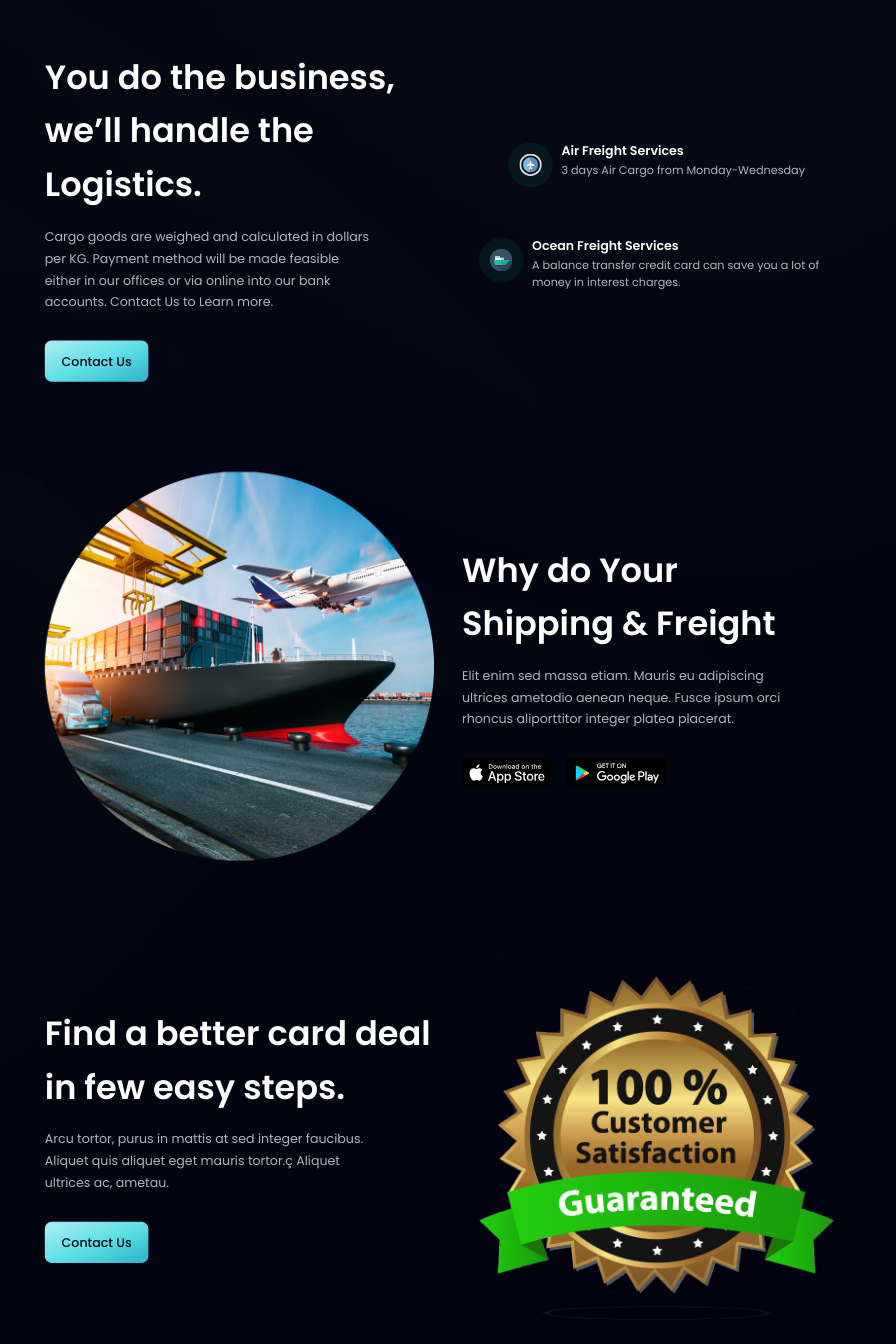
Repository: Miracleoluebube/captionlogistics
Page: /
The author's editor kept a copy of each file at every save. The page is drawn from the files as they stood at one save, then again after the next save.
The browser window is 1280 px wide. The pictures show the part of the page from y = 1318 to 3238 px (the page is 5409 px tall), at 70% of full size.
The project was rebuilt for these pictures with package versions that can differ from the ones it lists, and the page was loaded fresh each time. Also part of the build but not shown: vite.config.js.

Above is the page before, as saved 2022-10-02 13:04:25.

### src/index.css
/* :root {
  font-family: Inter, Avenir, Helvetica, Arial, sans-serif;
  font-size: 16px;
  line-height: 24px;
  font-weight: 400;

  color-scheme: light dark;
  color: rgba(255, 255, 255, 0.87);
  background-color: #242424;

  font-synthesis: none;
  text-rendering: optimizeLegibility;
  -webkit-font-smoothing: antialiased;
  -moz-osx-font-smoothing: grayscale;
  -webkit-text-size-adjust: 100%;
}

a {
  font-weight: 500;
  color: #646cff;
  text-decoration: inherit;
}
a:hover {
  color: #535bf2;
}

body {
  margin: 0;
  display: flex;
  place-items: center;
  min-width: 320px;
  min-height: 100vh;
}

h1 {
  font-size: 3.2em;
  line-height: 1.1;
}

button {
  border-radius: 8px;
  border: 1px solid transparent;
  padding: 0.6em 1.2em;
  font-size: 1em;
  font-weight: 500;
  font-family: inherit;
  background-color: #1a1a1a;
  cursor: pointer;
  transition: border-color 0.25s;
}
button:hover {
  border-color: #646cff;
}
button:focus,
button:focus-visible {
  outline: 4px auto -webkit-focus-ring-color;
}
*/

@import url("https://fonts.googleapis.com/css2?family=Poppins:wght@400;500;600;700;800;900&display=swap");

@tailwind base;
@tailwind components;
@tailwind utilities;

:root {
  --black-gradient: linear-gradient(
    144.39deg,
    #ffffff -278.56%,
    #6d6d6d -78.47%,
    #11101d 91.61%
  );
  --card-shadow: 0px 20px 100px -10px rgba(66, 71, 91, 0.1);
}

* {
  scroll-behavior: smooth;
}

.text-gradient {
  background: radial-gradient(
    64.18% 64.18% at 71.16% 35.69%,
    #def9fa 0.89%,
    #bef3f5 17.23%,
    #9dedf0 42.04%,
    #7de7eb 55.12%,
    #5ce1e6 71.54%,
    #33bbcf 100%
  );
  -webkit-background-clip: text;
  -webkit-text-fill-color: transparent;
  background-clip: text;
  text-fill-color: transparent;
}

.bg-blue-gradient {
  background: linear-gradient(
    157.81deg,
    #def9fa -43.27%,
    #bef3f5 -21.24%,
    #9dedf0 12.19%,
    #7de7eb 29.82%,
    #5ce1e6 51.94%,
    #33bbcf 90.29%
  );
}

.bg-black-gradient {
  background: linear-gradient(
    144.39deg,
    #ffffff -278.56%,
    #6d6d6d -78.47%,
    #11101d 91.61%
  );
}

.bg-black-gradient-2 {
  background: linear-gradient(
    -168.39deg,
    #ffffff -278.56%,
    #6d6d6d -78.47%,
    #11101d 91.61%
  );
}

.bg-gray-gradient {
  background: linear-gradient(
    153.47deg,
    rgba(255, 255, 255, 0) -341.94%,
    #14101d 95.11%
  );
}

.bg-discount-gradient {
  background: linear-gradient(125.17deg, #272727 0%, #11101d 100%);
}

.box-shadow {
  box-shadow: 0px 20px 100px -10px rgba(66, 71, 91, 0.1);
}

.sidebar {
  -webkit-animation: slide-top 0.5s cubic-bezier(0.25, 0.46, 0.45, 0.94) both;
  animation: slide-top 0.5s cubic-bezier(0.25, 0.46, 0.45, 0.94) both;
}

@-webkit-keyframes slide-top {
  0% {
    -webkit-transform: translateY(100px);
    transform: translateY(100px);
  }
  100% {
    -webkit-transform: translateY(0);
    transform: translateY(0);
  }
}

@keyframes slide-top {
  0% {
    -webkit-transform: translateY(100px);
    transform: translateY(100px);
  }
  100% {
    -webkit-transform: translateY(0);
    transform: translateY(0);
  }
}

.feature-card:hover {
  background: var(--black-gradient);
  box-shadow: var(--card-shadow);
}

.feedback-container .feedback-card:last-child {
  margin-right: 0px;
}

.feedback-card {
  background: transparent;
}

.feedback-card:hover {
  background: var(--black-gradient);
}

.blue__gradient {
  background: linear-gradient(180deg, rgba(188, 165, 255, 0) 0%, #214d76 100%);
  filter: blur(123px);
}

.pink__gradient {
  background: linear-gradient(90deg, #f4c4f3 0%, #fc67fa 100%);
  filter: blur(900px);
}

.white__gradient {
  background: rgba(255, 255, 255, 0.6);
  filter: blur(750px);
}


@media (prefers-color-scheme: light) {
  :root {
    color: #213547;
    background-color: #ffffff;
  }
  a:hover {
    color: #747bff;
  }
  button {
    background-color: #f9f9f9;
  }
}

### src/style.js
const styles = {
  boxWidth: "xl:max-w-[1280px] w-full",

  heading2: "font-poppins font-semibold xs:text-[48px] text-[40px] text-white xs:leading-[76.8px] leading-[66.8px] w-full",
  paragraph: "font-poppins font-normal text-dimWhite text-[18px] leading-[30.8px]",

  flexCenter: "flex justify-center items-center",
  flexStart: "flex justify-center items-start",

  paddingX: "sm:px-16 px-6",
  paddingY: "sm:py-16 py-6",
  padding: "sm:px-16 px-6 sm:py-12 py-4",

  marginX: "sm:mx-16 mx-6",
  marginY: "sm:my-16 my-6",
};

export const layout = {
  section: `flex md:flex-row flex-col ${styles.paddingY}`,
  sectionReverse: `flex md:flex-row flex-col-reverse ${styles.paddingY}`,

  sectionImgReverse: `flex-1 flex ${styles.flexCenter} md:mr-10 mr-0 md:mt-0 mt-10 relative`,
  sectionImg: `flex-1 flex ${styles.flexCenter} md:ml-10 ml-0 md:mt-0 mt-10 relative`,

  sectionInfo: `flex-1 ${styles.flexStart} flex-col`,
};

export default styles;

### src/components/Navbar.jsx
import { useState } from "react";

import { close, logo, menu } from "../assets";
import { navLinks } from "../constants";

const Navbar = () => {
  const [active, setActive] = useState("Home");
  const [toggle, setToggle] = useState(false);

  return (
    <nav className="w-full flex py-6 justify-between items-center navbar">
      <img src={logo} alt="hoobank" className="w-[124px] h-[32px]" />

      <ul className="list-none sm:flex hidden justify-end items-center flex-1">
        {navLinks.map((nav, index) => (
          <li
            key={nav.id}
            className={`font-poppins font-normal cursor-pointer text-[16px] ${
              active === nav.title ? "text-white" : "text-dimWhite"
            } ${index === navLinks.length - 1 ? "mr-0" : "mr-10"}`}
            onClick={() => setActive(nav.title)}
          >
            <a href={`#${nav.id}`}>{nav.title}</a>
          </li>
        ))}
      </ul>

      <div className="sm:hidden flex flex-1 justify-end items-center">
        <img
          src={toggle ? close : menu}
          alt="menu"
          className="w-[28px] h-[28px] object-contain"
          onClick={() => setToggle(!toggle)}
        />

        <div
          className={`${
            !toggle ? "hidden" : "flex"
          } p-6 bg-black-gradient absolute top-20 right-0 mx-4 my-2 min-w-[140px] rounded-xl sidebar`}
        >
          <ul className="list-none flex justify-end items-start flex-1 flex-col">
            {navLinks.map((nav, index) => (
              <li
                key={nav.id}
                className={`font-poppins font-medium cursor-pointer text-[16px] ${
                  active === nav.title ? "text-white" : "text-dimWhite"
                } ${index === navLinks.length - 1 ? "mb-0" : "mb-4"}`}
                onClick={() => setActive(nav.title)}
              >
                <a href={`#${nav.id}`}>{nav.title}</a>
              </li>
            ))}
          </ul>
        </div>
      </div>
    </nav>
  );
};

export default Navbar;

### src/components/Billing.jsx
import { apple, bill, google } from "../assets";
import styles, { layout } from "../style";

const Billing = () => (
  <section id="product" className={layout.sectionReverse}>
    <div className={layout.sectionImgReverse}>
      <img src={bill} alt="billing" className="w-[100%] h-[100%] relative z-[5]" />

      {/* gradient start */}
      <div className="absolute z-[3] -left-1/2 top-0 w-[50%] h-[50%] rounded-full white__gradient" />
      <div className="absolute z-[0] w-[50%] h-[50%] -left-1/2 bottom-0 rounded-full pink__gradient" />
      {/* gradient end */}
    </div>

    <div className={layout.sectionInfo}>
      <h2 className={styles.heading2}>
        Why do Your  <br className="sm:block hidden" /> Shipping &
        Freight
      </h2>
      <p className={`${styles.paragraph} max-w-[470px] mt-5`}>
        Elit enim sed massa etiam. Mauris eu adipiscing ultrices ametodio
        aenean neque. Fusce ipsum orci rhoncus aliporttitor integer platea
        placerat.
      </p>

      <div className="flex flex-row flex-wrap sm:mt-10 mt-6">
        <img src={apple} alt="google_play" className="w-[128.86px] h-[42.05px] object-contain mr-5 cursor-pointer" />
        <img src={google} alt="google_play" className="w-[144.17px] h-[43.08px] object-contain cursor-pointer" />
      </div>
    </div>
  </section>
);

export default Billing;

### src/components/CardDeal.jsx
import { card } from "../assets";
import styles, { layout } from "../style";
import Button from "./Button";

const CardDeal = () => (
  <section id="contact Us" className={layout.section}>
    <div className={layout.sectionInfo}>
      <h2 className={styles.heading2}>
        Find a better card deal <br className="sm:block hidden" /> in few easy
        steps.
      </h2>
      <p className={`${styles.paragraph} max-w-[470px] mt-5`}>
        Arcu tortor, purus in mattis at sed integer faucibus. Aliquet quis
        aliquet eget mauris tortor.ç Aliquet ultrices ac, ametau.
      </p>

      <Button styles={`mt-10`} />
    </div>

    <div className={layout.sectionImg}>
      <img src={card} alt="billing" className="w-[100%] h-[100%]" />
    </div>
  </section>
);

export default CardDeal;

### src/components/Business.jsx
import { features } from "../constants";
import styles, { layout } from "../style";
import Button from "./Button";

const FeatureCard = ({ icon, title, content, index }) => (
  <div className={`flex flex-row p-6 rounded-[20px] ${index !== features.length - 1 ? "mb-6" : "mb-0"} feature-card`}>
    <div className={`w-[64px] h-[64px] rounded-full ${styles.flexCenter} bg-dimBlue`}>
      <img src={icon} alt="star" className="w-[50%] h-[50%] object-contain" />
    </div>
    <div className="flex-1 flex flex-col ml-3">
      <h4 className="font-poppins font-semibold text-white text-[18px] leading-[23.4px] mb-1">
        {title}
      </h4>
      <p className="font-poppins font-normal text-dimWhite text-[16px] leading-[24px]">
        {content}
      </p>
    </div>
  </div>
);

const Business = () =>  (
  <section id="features" className={layout.section}>
    <div className={layout.sectionInfo}>
      <h2 className={styles.heading2}>
        You do the business, <br className="sm:block hidden" /> we’ll handle
        the Logistics.
      </h2>
      <p className={`${styles.paragraph} max-w-[470px] mt-5`}>
        Cargo goods are weighed and calculated in dollars per KG.
      Payment method will be made feasible either in our offices or via online
      into our bank accounts.
      Contact Us to Learn more.
      </p>

      <Button styles={`mt-10`} />
    </div>

    <div className={`${layout.sectionImg} flex-col`}>
      {features.map((feature, index) => (
        <FeatureCard key={feature.id} {...feature} index={index} />
      ))}
    </div>
  </section>
);

export default Business;

### src/components/CTA.jsx
import styles from "../style";
import Button from "./Button";

const CTA = () => (
  <section className={`${styles.flexCenter} ${styles.marginY} ${styles.padding} sm:flex-row flex-col bg-black-gradient-2 rounded-[20px] box-shadow`}>
    <div className="flex-1 flex flex-col">
      <h2 className={styles.heading2}>Let’s try our service now!</h2>
      <p className={`${styles.paragraph} max-w-[470px] mt-5`}>
        Everything you need to accept card payments and grow your business
        anywhere on the planet.
      </p>
    </div>

    <div  className={`${styles.flexCenter} sm:ml-10 ml-0 sm:mt-0 mt-10`}>
      <Button />
    </div>
  </section>
);

export default CTA;

### src/components/Stats.jsx
import { stats } from "../constants";
import styles from "../style";

const Stats = () => (
  <section className={`${styles.flexCenter} flex-row flex-wrap sm:mb-20 mb-6`}>
    {stats.map((stat) => (
      <div key={stat.id} className={`flex-1 flex justify-start items-center flex-row m-3`} >
        <h4 className="font-poppins font-semibold xs:text-[40.89px] text-[30.89px] xs:leading-[53.16px] leading-[43.16px] text-white">
          {stat.value}
        </h4>
        <p className="font-poppins font-normal xs:text-[20.45px] text-[15.45px] xs:leading-[26.58px] leading-[21.58px] text-gradient uppercase ml-3">
          {stat.title}
        </p>
      </div>
    ))}
  </section>
);

export default Stats;

### src/components/Footer.jsx
import styles from "../style";
import { logo } from "../assets";
import { footerLinks, socialMedia } from "../constants";

const Footer = () => (
  <section className={`${styles.flexCenter} ${styles.paddingY} flex-col`}>
    <div className={`${styles.flexStart} md:flex-row flex-col mb-8 w-full`}>
      <div className="flex-[1] flex flex-col justify-start mr-10">
        <img
          src={logo}
          alt="hoobank"
          className="w-[266px] h-[72.14px] object-contain"
        />
        <p className={`${styles.paragraph} mt-4 max-w-[312px]`}>
         Head Office address: Number 10&11, A.O plaza, ground floor,
         Mandilas market Lagos island
        </p>
      </div>

      <div className="flex-[1.5] w-full flex flex-row justify-between flex-wrap md:mt-0 mt-10">
        {footerLinks.map((footerlink) => (
          <div key={footerlink.title} className={`flex flex-col ss:my-0 my-4 min-w-[150px]`}>
            <h4 className="font-poppins font-medium text-[18px] leading-[27px] text-white">
              {footerlink.title}
            </h4>
            <ul className="list-none mt-4">
              {footerlink.links.map((link, index) => (
                <li
                  key={link.name}
                  className={`font-poppins font-normal text-[16px] leading-[24px] text-dimWhite hover:text-secondary cursor-pointer ${
                    index !== footerlink.links.length - 1 ? "mb-4" : "mb-0"
                  }`}
                >
                  {link.name}
                </li>
              ))}
            </ul>
          </div>
        ))}
      </div>
    </div>

    <div className="w-full flex justify-between items-center md:flex-row flex-col pt-6 border-t-[1px] border-t-[#3F3E45]">
      <p className="font-poppins font-normal text-center text-[18px] leading-[27px] text-white">
        Copyright Ⓒ 2022. CaptionLogistics. All Rights Reserved.
      </p>

      <div className="flex flex-row md:mt-0 mt-6">
        {socialMedia.map((social, index) => (
          <img
            key={social.id}
            src={social.icon}
            alt={social.id}
            className={`w-[21px] h-[21px] object-contain cursor-pointer ${
              index !== socialMedia.length - 1 ? "mr-6" : "mr-0"
            }`}
            onClick={() => window.open(social.link)}
          />
        ))}
      </div>
    </div>
  </section>
);

export default Footer;

### src/components/Testimonials.jsx
import { feedback } from "../constants";
import styles from "../style";
import FeedbackCard from "./FeedbackCard";

const Testimonials = () => (
  <section id="clients" className={`${styles.paddingY} ${styles.flexCenter} flex-col relative `}>
    <div className="absolute z-[0] w-[60%] h-[60%] -right-[50%] rounded-full blue__gradient bottom-40" />

    <div className="w-full flex justify-between items-center md:flex-row flex-col sm:mb-16 mb-6 relative z-[1]">
      <h2 className={styles.heading2}>
        What People are <br className="sm:block hidden" /> saying about us
      </h2>
      <div className="w-full md:mt-0 mt-6">
        <p className={`${styles.paragraph} text-left max-w-[450px]`}>
          Everything you need to accept card payments and grow your business
          anywhere on the planet.
        </p>
      </div>
    </div>

    <div className="flex flex-wrap sm:justify-start justify-center w-full feedback-container relative z-[1]">
      {feedback.map((card) => <FeedbackCard key={card.id} {...card} />)}
    </div>
  </section>
);

export default Testimonials;

### src/components/Hero.jsx
import styles from "../style";
import { discount, robot } from "../assets";
import GetStarted from "./GetStarted";

const Hero = () => {
  return (
    <section id="home" className={`flex md:flex-row flex-col ${styles.paddingY}`}>
      <div className={`flex-1 ${styles.flexStart} flex-col xl:px-0 sm:px-16 px-6`}>
        <div className="flex flex-row items-center py-[6px] px-4 bg-discount-gradient rounded-[10px] mb-2">
          <img src={discount} alt="discount" className="w-[32px] h-[32px]" />
          <p className={`${styles.paragraph} ml-2`}>
            <span className="text-white">Call us </span> +234{" "}
            <span className="text-white">806 {" "} 750 {" "} 7539</span>
          </p>
        </div>

        <div className="flex flex-row justify-between items-center w-full">
          <h1 className="flex-1 font-poppins font-semibold ss:text-[72px] text-[52px] text-white ss:leading-[100.8px] leading-[75px]">
            Your trusted <br className="sm:block hidden" />{" "}
            <span className="text-gradient">Freight & Shipping</span>{" "}
          </h1>
          <div className="ss:flex hidden md:mr-4 mr-0">
            <GetStarted />
          </div>
        </div>

        <h1 className="font-poppins font-semibold ss:text-[68px] text-[52px] text-white ss:leading-[100.8px] leading-[75px] w-full">
  company From Turkey to Nigeria.
        </h1>
        <p className={`${styles.paragraph} max-w-[470px] mt-5`}>
          We are a  full-service Cargo and Logistics
          company registered under the federal Republic of Nigeria that offers freight
          and shipping of goods from Turkey
          to Nigeria.Our Mission is to retain our leadership
          in providing affordable
          & efficient service. Visit us Today.
        </p>
      </div>

      <div className={`flex-1 flex ${styles.flexCenter} md:my-0 my-10 relative`}>
        <img src={robot} alt="billing" className="w-[100%] h-[100%] relative z-[5]" />

        {/* gradient start */}
        <div className="absolute z-[0] w-[40%] h-[35%] top-0 pink__gradient" />
        <div className="absolute z-[1] w-[80%] h-[80%] rounded-full white__gradient bottom-40" />
        <div className="absolute z-[0] w-[50%] h-[50%] right-20 bottom-20 blue__gradient" />
        {/* gradient end */}
      </div>

      <div className={`ss:hidden ${styles.flexCenter}`}>
        <GetStarted />
      </div>
    </section>
  );
};

export default Hero;

### src/assets/index.js
import airbnb from "./airbnb.png";
import bill from "./bill.png";
import binance from "./binance.png";
import card from "./card.png";
import coinbase from "./coinbase.png";
import dropbox from "./dropbox.png";
import logo from "./logo.svg";
import quotes from "./quotes.svg";
import robot from "./robot.png";
import send from "./Send.svg";
import shield from "./Shield.svg";
import star from "./Star.svg";
import menu from "./menu.svg";
import close from "./close.svg";
import google from "./google.svg";
import apple from "./apple.svg";
import arrowUp from "./arrow-up.svg";
import discount from "./Discount.svg";
import facebook from "./facebook.svg";
import instagram from "./instagram.svg";
import linkedin from "./linkedin.svg";
import twitter from "./twitter.svg";
import people01 from "./people01.png";
import people02 from "./people02.png";
import people03 from "./people03.png";

export {
  airbnb,
  bill,
  binance,
  card,
  coinbase,
  dropbox,
  logo,
  quotes,
  robot,
  send,
  shield,
  star,
  menu,
  close,
  google,
  apple,
  arrowUp,
  discount,
  facebook,
  instagram,
  linkedin,
  twitter,
  people01,
  people02,
  people03,
};

### src/components/Button.jsx
import React from "react";

const Button = ({ styles }) => (
  <a href="https://wa.me/2348067507539">
  <button  type="button" className={`py-4 px-6 font-poppins font-medium text-[18px] text-primary bg-blue-gradient rounded-[10px] outline-none ${styles}`}>
    Contact Us
  </button>
  </a>
);



export default Button;

### src/components/FeedbackCard.jsx
import { quotes } from "../assets";

const FeedbackCard = ({ content, name, title, img }) => (
  <div className="flex justify-between flex-col px-10 py-12 rounded-[20px]  max-w-[370px] md:mr-10 sm:mr-5 mr-0 my-5 feedback-card">
    <img src={quotes} alt="double_quotes" className="w-[42.6px] h-[27.6px] object-contain" />
    <p className="font-poppins font-normal text-[18px] leading-[32.4px] text-white my-10">
      {content}
    </p>

    <div className="flex flex-row">
      <img src={img} alt={name} className="w-[48px] h-[48px] rounded-full" />
      <div className="flex flex-col ml-4">
        <h4 className="font-poppins font-semibold text-[20px] leading-[32px] text-white">
          {name}
        </h4>
        <p className="font-poppins font-normal text-[16px] leading-[24px] text-dimWhite">
          {title}
        </p>
      </div>
    </div>
  </div>
);


export default FeedbackCard;

### src/components/GetStarted.jsx
import styles from "../style";
import { arrowUp } from "../assets";

const GetStarted = () => (
  <div className={`${styles.flexCenter} w-[140px] h-[140px] rounded-full bg-blue-gradient p-[2px] cursor-pointer`}>
    <div className={`${styles.flexCenter} flex-col bg-primary w-[100%] h-[100%] rounded-full`}>
      <div className={`${styles.flexStart} flex-row`}>
        <p className="font-poppins font-medium text-[18px] leading-[23.4px]">
          <span className="text-gradient">Track Your</span>
        </p>
        <img src={arrowUp} alt="arrow-up" className="w-[23px] h-[23px] object-contain" />
      </div>

      <p className="font-poppins font-medium text-[18px] leading-[23.4px]">
        <span className="text-gradient">Goods</span>
      </p>
    </div>
  </div>
);

export default GetStarted;

Loaded but not shown: index.html (common file); src/main.jsx (common file); src/App.jsx (common file); src/components/index.js (common file); src/components/Clients.jsx (common file); tailwind.config.cjs (common file); src/constants/index.js (203 lines, source omitted)

After the next save:
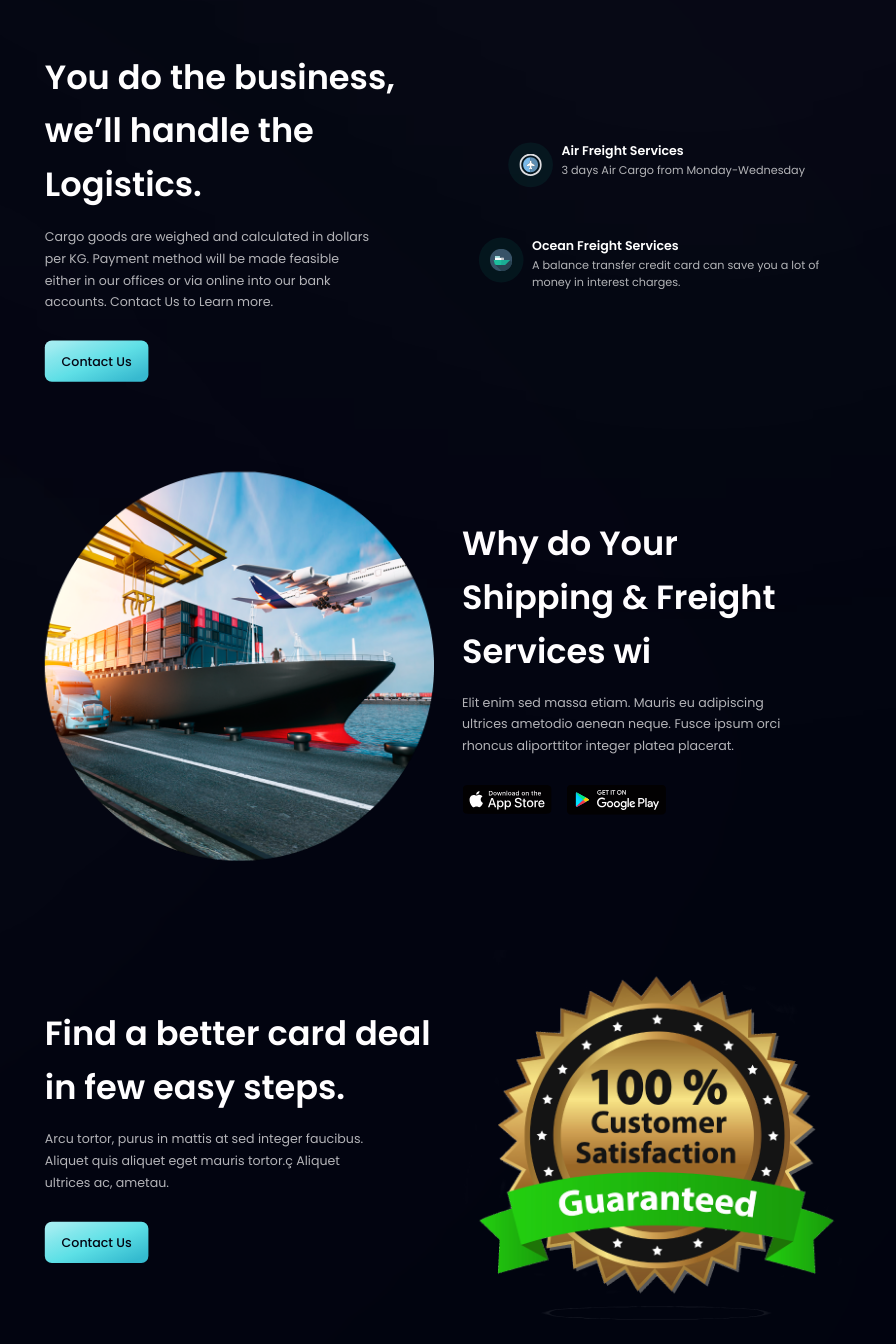
Saved 5 s later.
--- a/src/components/Billing.jsx
+++ b/src/components/Billing.jsx
@@ -15,7 +15,7 @@
     <div className={layout.sectionInfo}>
       <h2 className={styles.heading2}>
         Why do Your  <br className="sm:block hidden" /> Shipping &
-        Freight
+        Freight Services wi
       </h2>
       <p className={`${styles.paragraph} max-w-[470px] mt-5`}>
         Elit enim sed massa etiam. Mauris eu adipiscing ultrices ametodio
